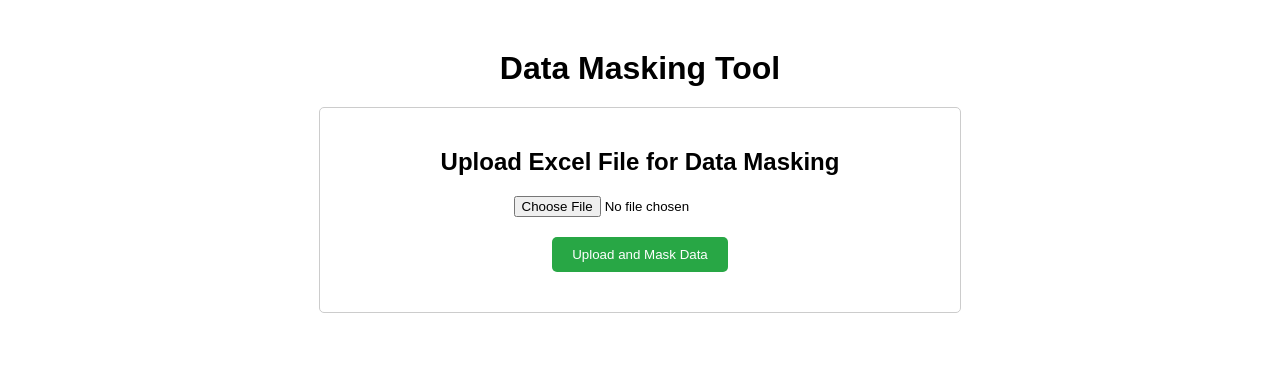
Repository: prithika12/DataMasking_Tool
Page: index.html
These files come from the project's save history. The page is drawn as it stood at one moment and after the next save; the edit follows.
The browser window is 1280 px wide. The pictures show the whole page.

Above is the page before, as saved 2024-07-09 11:24:12.

### index.html
<!DOCTYPE html>
<html>
<head>
    <h1>Data Masking Tool</h1>
    <style>
        body {
            font-family: Arial, sans-serif;
            margin: 50px;
        }
        .container {
            max-width: 600px;
            margin: 0 auto;
            padding: 20px;
            border: 1px solid #ccc;
            border-radius: 5px;
        }
        h2 {
            text-align: center;
        }
        h1 {
            text-align: center;
            margin: 20px auto;
        }
        input[type="file"] {
            display: block;
            margin: 20px auto;
        }
        button {
            display: block;
            margin: 20px auto;
            padding: 10px 20px;
            background-color: #28a745;
            color: white;
            border: none;
            border-radius: 5px;
            cursor: pointer;
        }
        button:hover {
            background-color: #218838;
        }
    </style>
</head>
<body>
    <div class="container">
        <h2>Upload Excel File for Data Masking</h2>
        <form action="/uploader" method="post" enctype="multipart/form-data">
            <input type="file" name="file" accept=".xlsx">
            <button type="submit">Upload and Mask Data</button>
        </form>
    </div>
</body>
</html>

After the next save:
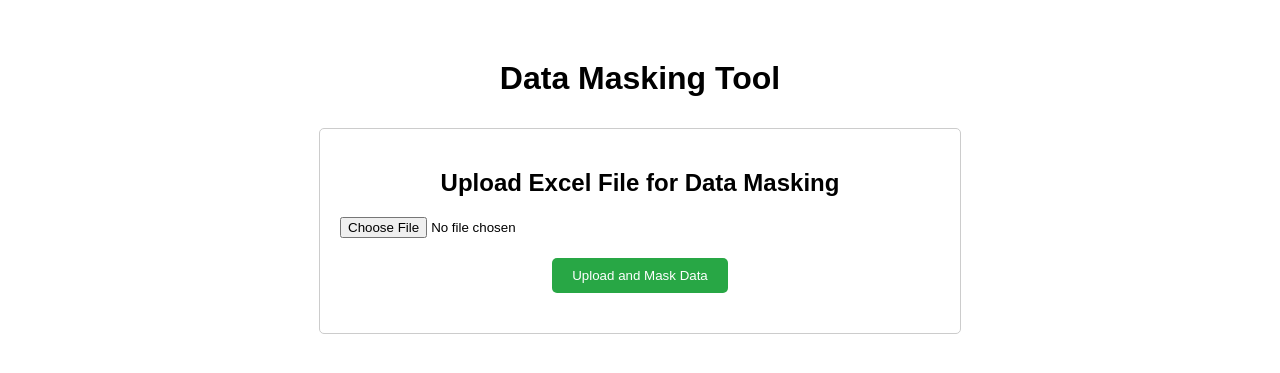
Saved 15 s later.
--- a/index.html
+++ b/index.html
@@ -19,11 +19,11 @@
         }
         h1 {
             text-align: center;
-            margin: 20px auto;
+            padding: 10px 20px;
         }
         input[type="file"] {
             display: block;
-            margin: 20px auto;
+
         }
         button {
             display: block;
